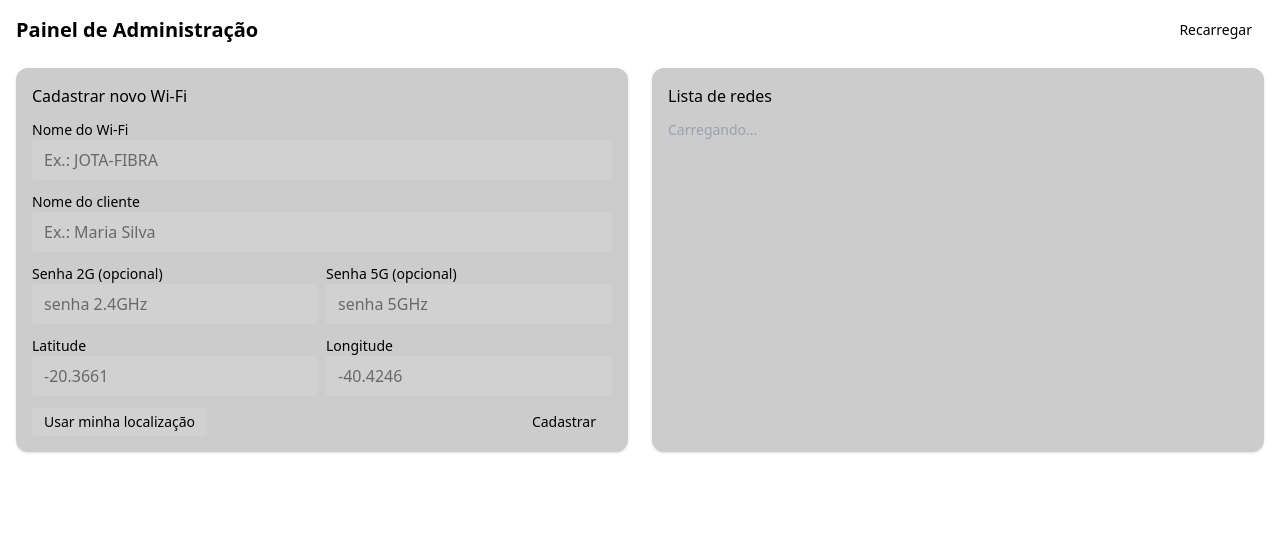
Repository: GRUPOMAX/redes.wifi
Page: /admin
These files come from the project's save history. The page is drawn as it stood at one moment and after the next save; the edit follows.
The browser window is 1280 px wide. The pictures show the whole page.
The page's requests for data from a server got no answer. The project was rebuilt for these pictures with package versions that can differ from the ones it lists, and the page was loaded fresh each time. No one was signed in, and anything a server would have sent is missing. Also part of the build but not shown: vite.config.ts, src/components/MapView.tsx, src/components/FloatingCard.tsx, src/store/useGeo.ts, src/App.tsx, src/components/WifiList.tsx, src/components/MapModal.tsx.

Above is the page before, as saved 2025-10-21 21:39:05.

After the next save:
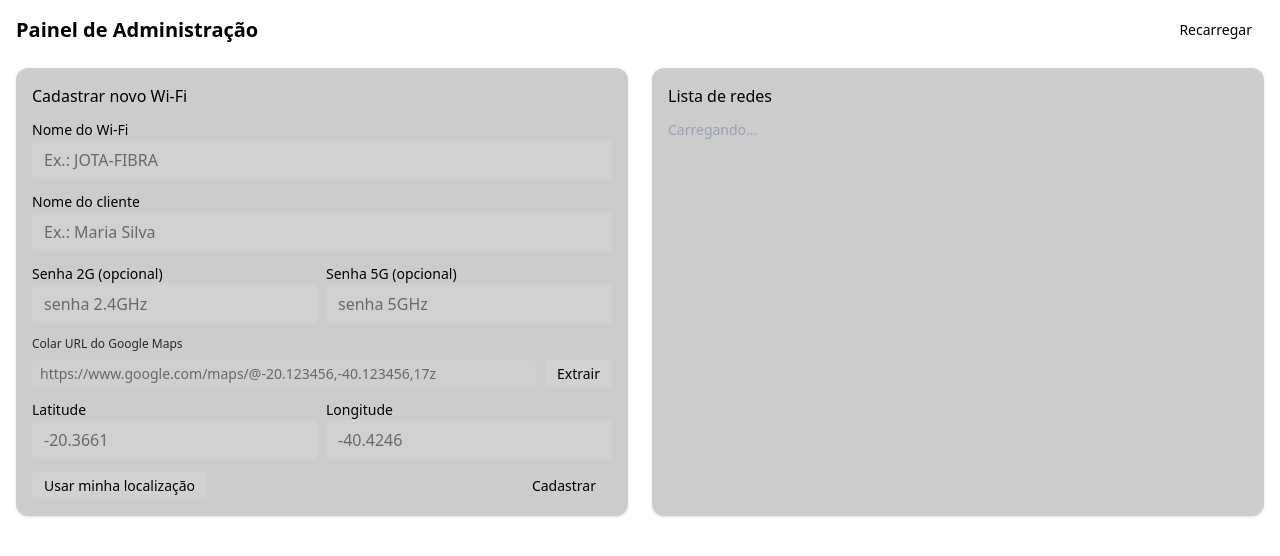
Saved 114 s later.
--- a/src/components/WifiForm.tsx
+++ b/src/components/WifiForm.tsx
@@ -1,6 +1,6 @@
 import { useState } from "react";
 import type { WifiNetwork } from "../types";
-import GoogleMapsUrlImporter from "./GoogleMapsUrlImporter"; // ajuste o path conforme teu projeto
+import GoogleMapsUrlImporter from "./GoogleMapsUrlImporter"; // ajuste o path se precisar
 
 interface WifiFormProps {
   onAdd: (data: Partial<WifiNetwork>) => void | Promise<void>;
@@ -15,11 +15,13 @@ export default function WifiForm({ onAdd }: WifiFormProps) {
   const [lng, setLng] = useState("");
   const [error, setError] = useState<string | null>(null);
 
+  const nfix = (v: string) => Number(v.replace(",", ".")); // vírgula -> ponto
+
   function validate(): string | null {
     if (!nome.trim()) return "Nome do Wi-Fi obrigatório";
     if (!cliente.trim()) return "Nome do cliente obrigatório";
     if (!lat.trim() || !lng.trim()) return "Coordenadas obrigatórias";
-    if (isNaN(Number(lat)) || isNaN(Number(lng)))
+    if (!Number.isFinite(nfix(lat)) || !Number.isFinite(nfix(lng)))
       return "Latitude e longitude precisam ser números válidos";
     return null;
   }
@@ -35,8 +37,8 @@ export default function WifiForm({ onAdd }: WifiFormProps) {
       ["NOME-CLIENTE"]: cliente.trim(),
       ["SENHA-WIFI-2G"]: senha2g || null,
       ["SENHA-WIFI-5G"]: senha5g || null,
-      LATITUDE: Number(lat),
-      LONGITUDE: Number(lng),
+      LATITUDE: nfix(lat),
+      LONGITUDE: nfix(lng),
     });
 
     // limpa o form
@@ -57,6 +59,7 @@ export default function WifiForm({ onAdd }: WifiFormProps) {
       (pos) => {
         setLat(String(pos.coords.latitude));
         setLng(String(pos.coords.longitude));
+        setError(null);
       },
       () => setError("Não foi possível obter localização"),
       { enableHighAccuracy: true }
@@ -70,7 +73,7 @@ export default function WifiForm({ onAdd }: WifiFormProps) {
         <input
           className="w-full px-3 py-2 rounded bg-white/10"
           value={nome}
-          onChange={(e) => setNome(e.target.value)}
+          onChange={(e) => { setNome(e.target.value); setError(null); }}
           placeholder="Ex.: JOTA-FIBRA"
         />
       </div>
@@ -80,7 +83,7 @@ export default function WifiForm({ onAdd }: WifiFormProps) {
         <input
           className="w-full px-3 py-2 rounded bg-white/10"
           value={cliente}
-          onChange={(e) => setCliente(e.target.value)}
+          onChange={(e) => { setCliente(e.target.value); setError(null); }}
           placeholder="Ex.: Maria Silva"
         />
       </div>
@@ -106,13 +109,22 @@ export default function WifiForm({ onAdd }: WifiFormProps) {
         </div>
       </div>
 
+      {/* Importador de URL do Google Maps */}
+      <GoogleMapsUrlImporter
+        onCoords={({ lat: parsedLat, lng: parsedLng }) => {
+          setLat(String(parsedLat));
+          setLng(String(parsedLng));
+          setError(null);
+        }}
+      />
+
       <div className="grid grid-cols-2 gap-2">
         <div>
           <label className="block text-sm">Latitude</label>
           <input
             className="w-full px-3 py-2 rounded bg-white/10"
             value={lat}
-            onChange={(e) => setLat(e.target.value)}
+            onChange={(e) => { setLat(e.target.value); setError(null); }}
             placeholder="-20.3661"
           />
         </div>
@@ -121,7 +133,7 @@ export default function WifiForm({ onAdd }: WifiFormProps) {
           <input
             className="w-full px-3 py-2 rounded bg-white/10"
             value={lng}
-            onChange={(e) => setLng(e.target.value)}
+            onChange={(e) => { setLng(e.target.value); setError(null); }}
             placeholder="-40.4246"
           />
         </div>
